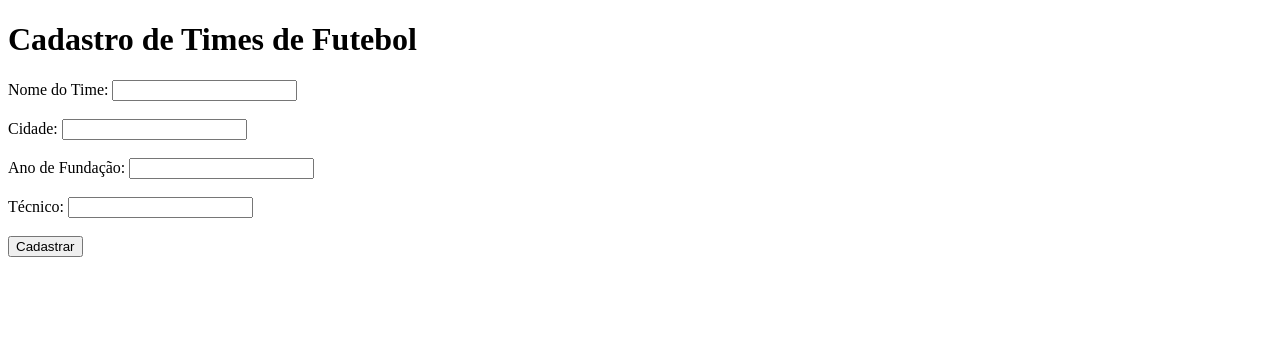
Repository: MathSena/jsp_curso
Page: jspdemo/src/main/webapp/cadastroTime.html
These files come from the project's save history. The page is drawn as it stood at one moment and after the next save; the edit follows.
The browser window is 1280 px wide. The pictures show the whole page.

Above is the page before, as saved 2025-03-04 00:23:41.

After the next save:
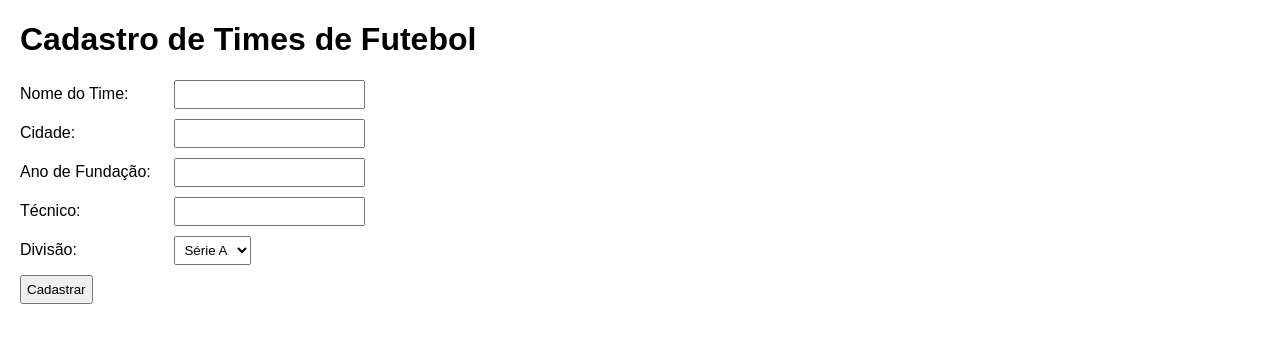
Saved 2 min 49 s later.
--- a/jspdemo/src/main/webapp/cadastroTime.html
+++ b/jspdemo/src/main/webapp/cadastroTime.html
@@ -3,7 +3,21 @@
 <head>
     <meta charset="UTF-8">
     <title>Cadastro de Times de Futebol</title>
-    <!-- Você pode incluir um link para um arquivo CSS externo, se desejar -->
+    <!-- Você pode incluir CSS externo ou embutido para estilizar o formulário -->
+    <style>
+        body {
+            font-family: Arial, sans-serif;
+            margin: 20px;
+        }
+        label {
+            display: inline-block;
+            width: 150px;
+        }
+        input, select {
+            padding: 5px;
+            margin-bottom: 10px;
+        }
+    </style>
 </head>
 <body>
     <h1>Cadastro de Times de Futebol</h1>
@@ -12,22 +26,32 @@
         <!-- Campo para o nome do time -->
         <label for="nome">Nome do Time:</label>
         <input type="text" id="nome" name="nome" required>
-        <br><br>
+        <br>
 
         <!-- Campo para a cidade do time -->
         <label for="cidade">Cidade:</label>
         <input type="text" id="cidade" name="cidade" required>
-        <br><br>
+        <br>
 
         <!-- Campo para o ano de fundação do time -->
         <label for="fundacao">Ano de Fundação:</label>
         <input type="number" id="fundacao" name="fundacao" required>
-        <br><br>
+        <br>
 
         <!-- Campo para o nome do técnico -->
         <label for="tecnico">Técnico:</label>
         <input type="text" id="tecnico" name="tecnico" required>
-        <br><br>
+        <br>
+
+        <!-- Drop-Down List para selecionar a divisão do time -->
+        <label for="divisao">Divisão:</label>
+        <select id="divisao" name="divisao">
+            <option value="serie_a">Série A</option>
+            <option value="serie_b">Série B</option>
+            <option value="serie_c">Série C</option>
+            <option value="serie_d">Série D</option>
+        </select>
+        <br>
 
         <!-- Botão para enviar o formulário -->
         <input type="submit" value="Cadastrar">
